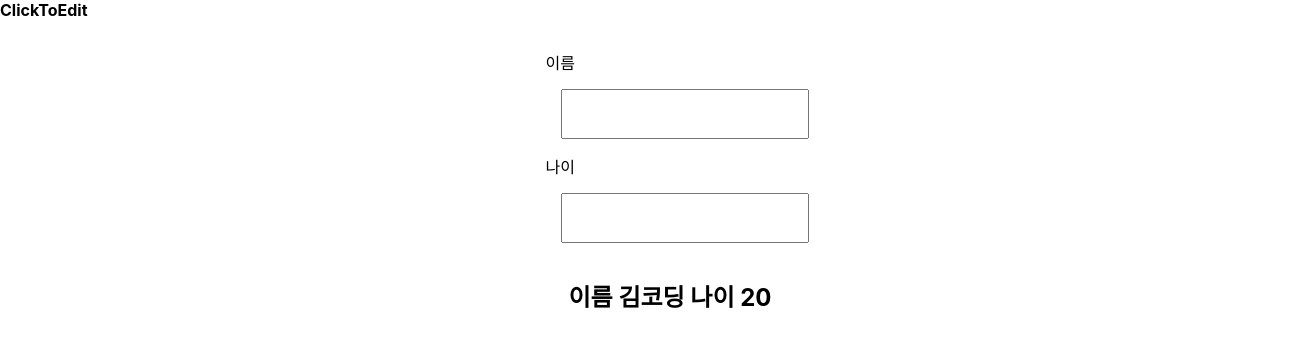
Repository: janghwahyun/wanted_pre_onboarding
Page: /ClickToEdit
These files come from the project's save history. The page is drawn as it stood at one moment and after a run of saves; the edit follows.
The browser window is 1280 px wide. The page is 1310 px wide, so the pictures cover 1310 px, including what lies to the right of the window. The pictures show the whole page.
The project was rebuilt for these pictures with package versions that can differ from the ones it lists, and the page was loaded fresh each time. Also part of the build but not shown: src/component/AutoComplete.js, src/component/Modal.js, src/component/Tab.js, src/component/Toggle.js.

Above is the page before, as saved 2022-02-11 12:42:03.

After the next 2 saves:
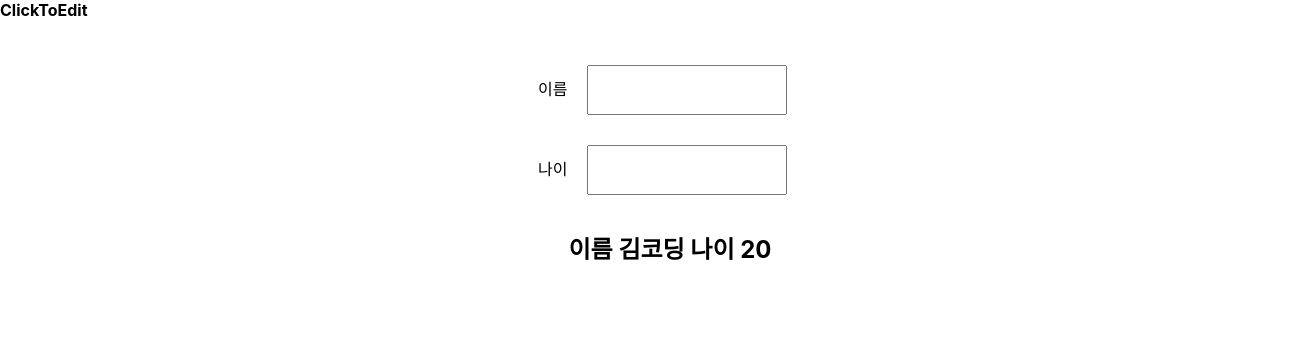
The 2 saves are shown as one change because they came seconds apart.
The last was saved 9 s later.
--- a/src/component/ClickToEdit.js
+++ b/src/component/ClickToEdit.js
@@ -32,7 +32,7 @@ const Form = styled.div`
 `;
 
 const Input = styled.input`
-  width: 100%;
+  width: 200px;
   height: 50px;
   margin: 15px;
   /* justify-content: center;
